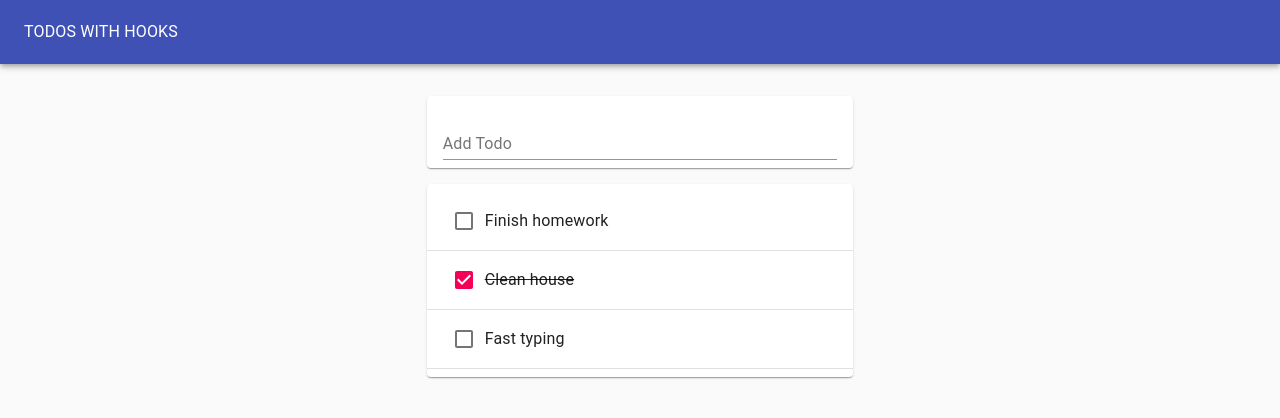
Repository: fulman/todo
Page: /
The author's editor kept a copy of each file at every save. The page is drawn from the files as they stood at one save, then again after the next save.
The browser window is 1280 px wide. The pictures show the whole page.
The project was rebuilt for these pictures with package versions that can differ from the ones it lists, and the page was loaded fresh each time.

Above is the page before, as saved 2020-09-27 13:28:27.

After the next save:
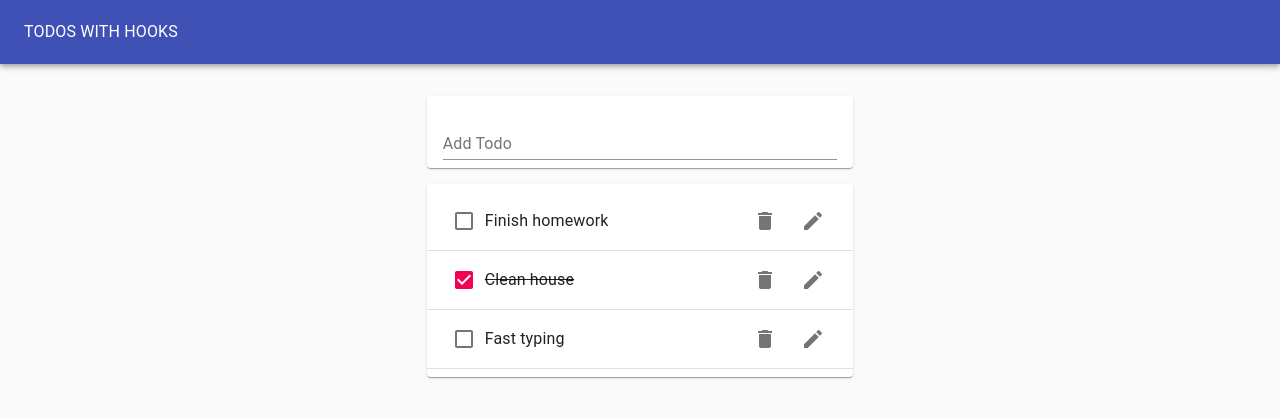
Saved 114 s later.
--- a/src/Todo.js
+++ b/src/Todo.js
@@ -2,7 +2,10 @@ import React from "react";
 import ListItem from "@material-ui/core/ListItem";
 import ListItemText from "@material-ui/core/ListItemText";
 import Checkbox from "@material-ui/core/Checkbox";
+import IconButton from "@material-ui/core/IconButton";
 import ListItemSecondaryAction from "@material-ui/core/ListItemSecondaryAction";
+import DeleteIcon from "@material-ui/icons/Delete";
+import EditIcon from "@material-ui/icons/Edit";
 
 function Todo({ task, completed }) {
   return (
@@ -13,6 +16,14 @@ function Todo({ task, completed }) {
       >
         {task}
       </ListItemText>
+      <ListItemSecondaryAction>
+        <IconButton>
+          <DeleteIcon />
+        </IconButton>
+        <IconButton>
+          <EditIcon />
+        </IconButton>
+      </ListItemSecondaryAction>
     </ListItem>
   );
 }
